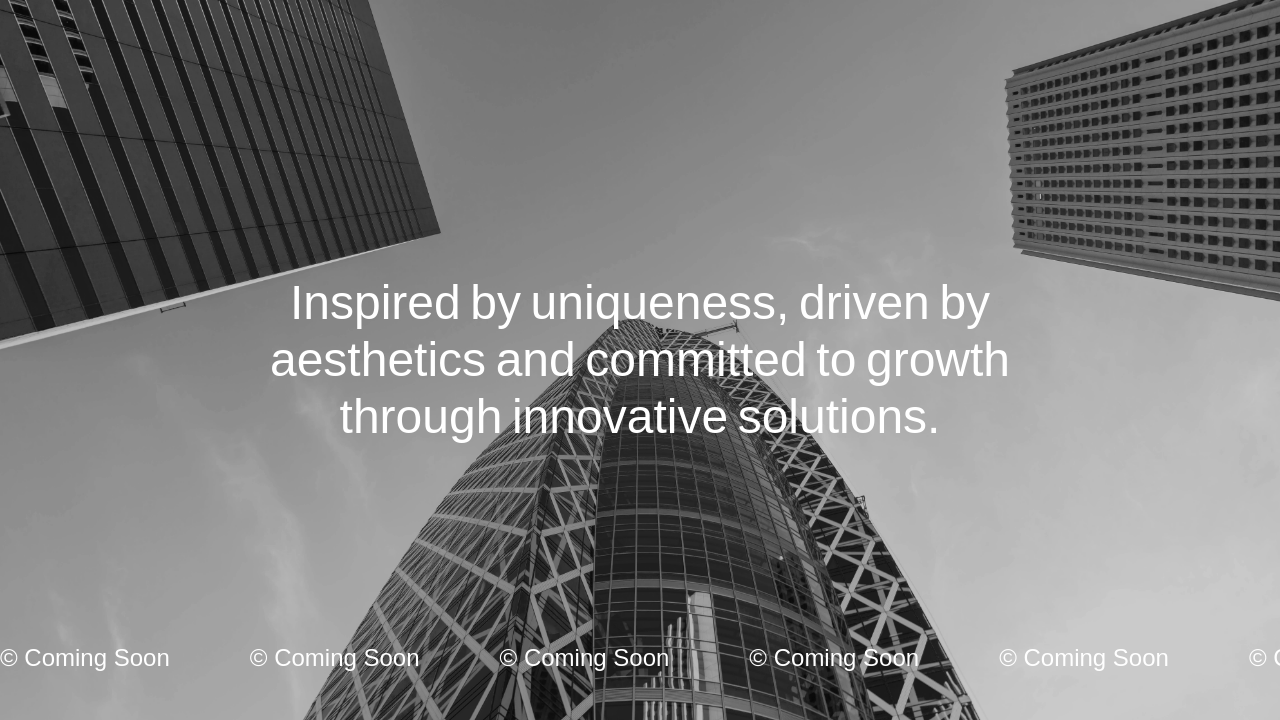
Repository: leswisss/comingsoon
Page: /
An editor plug-in stored every save of this project. The page is shown before and after the next save, followed by the edit.
The browser window is 1280 px wide. The pictures show the whole page.
Some web fonts or font styles are not loaded; a fallback is used. The project was rebuilt for these pictures with package versions that can differ from the ones it lists, and the page was loaded fresh each time. The framework's server and built-in components were replaced by stand-ins that run in the browser. Also part of the build but not shown: next.config.mjs.

Above is the page before, as saved 2024-06-16 15:23:02.

### app/layout.tsx
import type { Metadata } from "next";
import localFont from "next/font/local";
import "../styles/globals.scss";

const regular = localFont({
  src: "./SF-Pro-Display-Regular.ttf",
  display: "swap",
  variable: "--regular-font",
});

const medium = localFont({
  src: "./SF-Pro-Display-Medium.ttf",
  display: "swap",
  variable: "--medium-font",
});

const semibold = localFont({
  src: "./SF-Pro-Display-Semibold.ttf",
  display: "swap",
  variable: "--semibold-font",
});

const italic = localFont({
  src: "./BigCaslonFB-Italic.ttf",
  display: "swap",
  variable: "--italic-font",
});

export const metadata: Metadata = {
  title: "Better Marque - Branding Agency",
  description: "Generated by create next app",
};

export default function RootLayout({
  children,
}: Readonly<{
  children: React.ReactNode;
}>) {
  return (
    <html lang="en">
      <body
        className={`${italic.variable} ${regular.variable} ${medium.variable} ${semibold.variable}`}
      >
        {children}
      </body>
    </html>
  );
}

### app/page.tsx
import { HomePageWrapper } from "@/components";

export default function Home() {
  return (
    <main>
      <HomePageWrapper/>
    </main>
  );
}

### styles/globals.scss
/*=============== VARIABLES SCSS ===============*/
:root {
  --header-height: 6rem;
  --white: white;
  --black: black;
  --grey: #535353;


  /*========== Font and typography ==========*/
  /*.5rem = 8px | 1rem = 16px ...*/
  // --body-font: 'Montserrat', sans-serif;

  --h1-font-size: 3rem;
  --h2-font-size: 2rem;
  --normal-font-size: 1rem;
  --small-font-size: .94rem;
}

/* Responsive typography */
@media screen and (max-width: 1088px) {
  :root {
    --h1-font-size: 2.75rem;
    --h2-font-size: 1.8rem;
    --normal-font-size: 0.96rem;
    --small-font-size: .90rem;
  }
}

@media screen and (max-width: 628px) {
  :root {
    --h1-font-size: 2.5rem;
    --h2-font-size: 1.5rem;
    --normal-font-size: 0.92rem;
    --small-font-size: 0.85rem;
  }
}

/*=============== BASE ===============*/
* {
  box-sizing: border-box;
  padding: 0;
  margin: 0;
  scrollbar-width: none;

  &::-webkit-scrollbar{
    display: none;
  }

}

html {
  scroll-behavior: auto;
  height: auto;
}

body{
  font-family: var(--regular-font);
  font-size: var(--normal-font-size);
  background-color: black;
  color: var(--white);
}


ul {
  list-style: none;
}

a {
  text-decoration: none;
}

img {
  max-width: 100%;
  height: auto;
}


/*=============== REUSABLE CSS CLASSES ===============*/
.container {
  max-width: 1450px;
  margin: 0 auto;
}

.main {
  overflow: hidden;
}


@media screen and (max-width: 1450px) {
  .container {
    max-width: 100%;
    margin: 0 3rem;
  }
}


@media screen and (max-width: 1088px) {
  .container {
    max-width: 100%;
    margin: 0 2rem;
  }
}


@media screen and (max-width: 628px) {
  .container {
    max-width: 100%;
    margin: 0 1rem;
  }
}

### components/index.tsx
import HomePageWrapper from "./HomePageWrapper";
import HeroSection from "./HeroSection";

export {
  HomePageWrapper,
  HeroSection
}

### components/HomePageWrapper.tsx
import React from 'react'
import HeroSection from './HeroSection'

const HomePageWrapper = () => {
  return (
    <>
    <HeroSection />
    </>
  )
}

export default HomePageWrapper

### components/HeroSection.tsx
"use client";

import React, { useEffect, useRef } from "react";
import Marquee from "./Marquee";
import Image from "next/image";
import IMAGE from "../public/background.jpg";
import styles from "../styles/hero.module.scss";

const HeroSection = () => {
  const slogan =
    "Inspired by uniqueness, driven by aesthetics and committed to growth through innovative solutions.";
  const refs = useRef<HTMLSpanElement[]>([]);

  const splitwords = () => {
    let body: JSX.Element[] = [];
    slogan.split(" ").forEach((word, i) => {
      const cleanWord = word.replace(/[.,]/g, "");

      if (["uniqueness", "aesthetics", "growth"].includes(cleanWord)) {
        body.push(
          <p
            key={`word-${i}`}
            className={`${styles.word_wrapper} ${styles.italic}`}
          >
            <span
              className={styles.word}
              ref={(el) => {
                if (el) refs.current.push(el);
              }}
            >
              {word}
            </span>
          </p>
        );
      } else {
        body.push(
          <p key={`word-${i}`} className={styles.word_wrapper}>
            <span
              className={styles.word}
              ref={(el) => {
                if (el) refs.current.push(el);
              }}
            >
              {word}
            </span>
          </p>
        );
      }
    });

    return body;
  };


  return (
    <section className={styles.hero}>
      <div className={styles.hero_image}>
        <Image src={IMAGE} fill quality={100} alt="Better Marque" />
      </div>
      <div className={styles.text}>{splitwords()}</div>
      <div className={styles.marquee}>
        <Marquee />
      </div>
    </section>
  );
};

export default HeroSection;

### components/Marquee.tsx
import React from 'react'
import styles from "../styles/marquee.module.scss"

const Marquee = () => {
  return (
    <div className={styles.slider}>
      <div className={styles.coming__wrapper}>
        <p className={styles.soon}>© Coming Soon</p>
        <p className={styles.soon}>© Coming Soon</p>
        <p className={styles.soon}>© Coming Soon</p>
        <p className={styles.soon}>© Coming Soon</p>
        <p className={styles.soon}>© Coming Soon</p>
        <p className={styles.soon}>© Coming Soon</p>
        <p className={styles.soon}>© Coming Soon</p>
        <p className={styles.soon}>© Coming Soon</p>
      </div>
      <div className={styles.coming__wrapper}>
        <p className={styles.soon}>© Coming Soon</p>
        <p className={styles.soon}>© Coming Soon</p>
        <p className={styles.soon}>© Coming Soon</p>
        <p className={styles.soon}>© Coming Soon</p>
        <p className={styles.soon}>© Coming Soon</p>
        <p className={styles.soon}>© Coming Soon</p>
        <p className={styles.soon}>© Coming Soon</p>
        <p className={styles.soon}>© Coming Soon</p>
      </div>
    </div>
  )
}

export default Marquee

### styles/hero.module.scss
.hero{
  width: 100vw;
  height: 100vh;
  overflow: hidden;
  position: relative;
}

.hero_image{
  width: 100vw;
  height: 100vh;
  position: relative;

  img{
    object-fit: cover;
    filter: brightness(0.8);
  }
}

.text{
  position: absolute;
  color: white;
  z-index: 1;
  width: max-content;
  height: max-content;
  top: 50%;
  left: 50%;
  transform: translate(-50%, -50%);
  display: flex;
  flex-wrap: wrap;
  width: 55rem;
  text-align: center;
  justify-content: center;
  align-items: center;

  .word_wrapper{
    font-size: var(--h1-font-size);
    overflow: hidden;
    width: auto;
    height: 56.8px;
    padding: 0 0.3rem;

    &.italic{
      font-family: var(--italic-font);
    }

    .word{
      position: relative;
      top: 0%; // What i will be animating with gsap
    }
  }
}

.marquee{
  position: absolute;
  width: 100%;
  height: max-content;
  bottom: 3rem;
  left: 0;
  z-index: 1;
}

### styles/marquee.module.scss
.slider{
  position: relative;
  white-space: nowrap;
  display: flex;
}

.coming__wrapper{
  display: flex;
  white-space: nowrap;
  flex-wrap: nowrap;

  .soon{
    margin-right: 5rem;
    font-size: calc(var(--h2-font-size) - 0.5rem);
  }
}

After the next save:
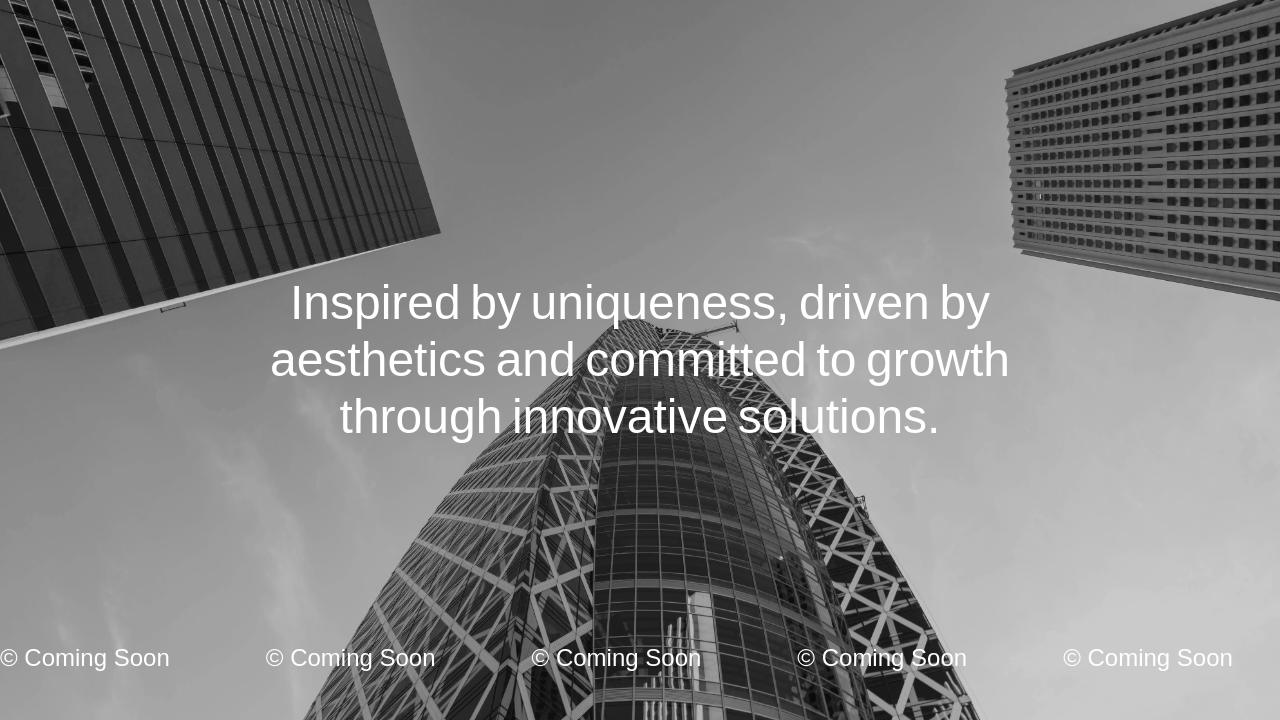
Saved 88 s later.
--- a/styles/marquee.module.scss
+++ b/styles/marquee.module.scss
@@ -10,7 +10,7 @@
   flex-wrap: nowrap;
 
   .soon{
-    margin-right: 5rem;
+    margin-right: 6rem;
     font-size: calc(var(--h2-font-size) - 0.5rem);
   }
 }

After the save that followed:
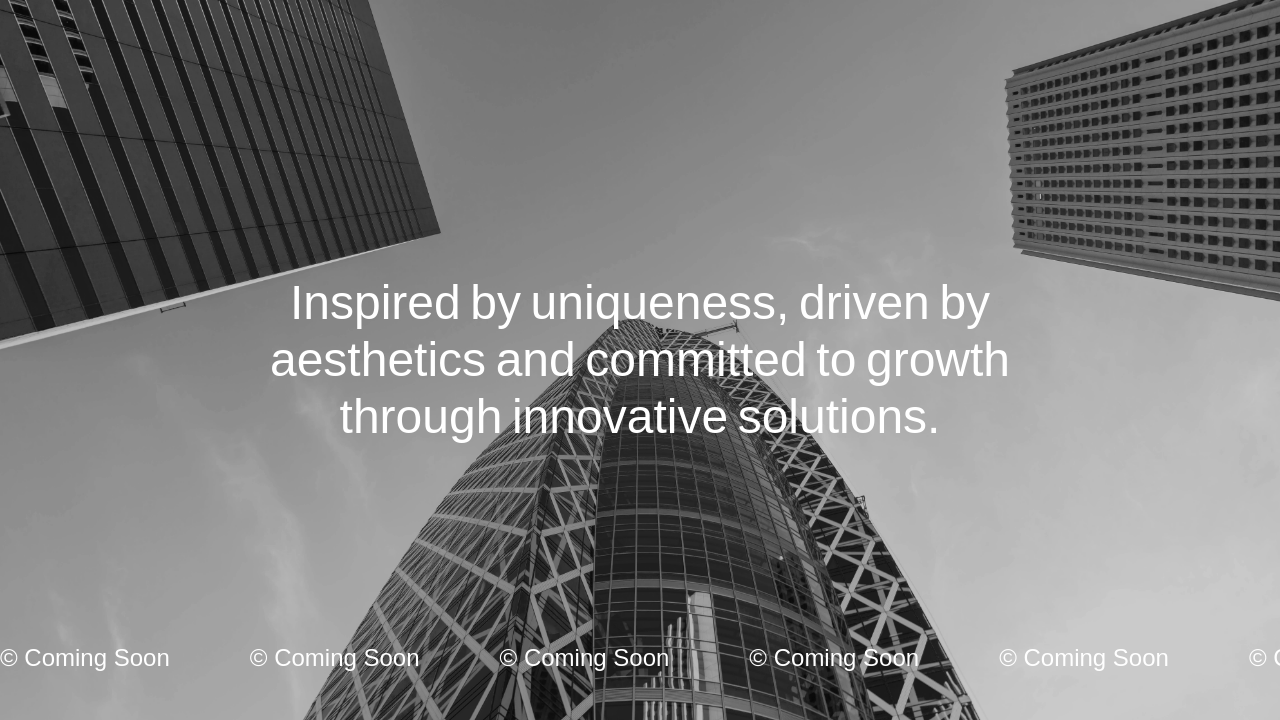
Saved 26 s later.
--- a/styles/marquee.module.scss
+++ b/styles/marquee.module.scss
@@ -10,7 +10,7 @@
   flex-wrap: nowrap;
 
   .soon{
-    margin-right: 6rem;
+    margin-right: 5rem;
     font-size: calc(var(--h2-font-size) - 0.5rem);
   }
 }
